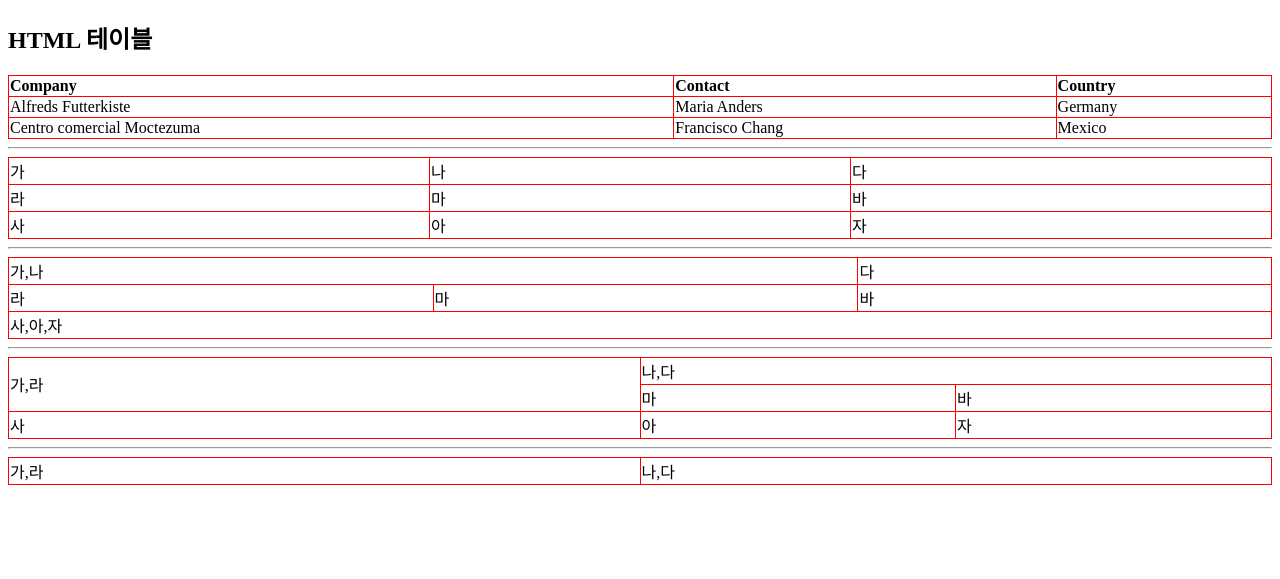
Repository: start-ha/MSA_EDU
Page: WEB/WebFront/WebLabs/Web/src/main/webapp/Ex06_Table.html
An editor plug-in stored every save of this project. The page is shown before and after the next save, followed by the edit.
The browser window is 1280 px wide. The pictures show the whole page.

Above is the page before, as saved 2025-09-16 07:02:59.

### WEB/WebFront/WebLabs/Web/src/main/webapp/Ex06_Table.html
<!DOCTYPE html>
<html>
<head>
<meta charset="UTF-8">
<title>Insert title here</title>
<style type="text/css">
	table{width: 100%; border-collapse: collapse;}
	th,td{
		border: 1px solid red;
		text-align: left;
		}
</style>
</head>
<body>
<h2>HTML 테이블</h2>

<table style="width:100%">
  <tr>
    <th>Company</th>
    <th>Contact</th>
    <th>Country</th>
  </tr>
  <tr>
    <td>Alfreds Futterkiste</td>
    <td>Maria Anders</td>
    <td>Germany</td>
  </tr>
  <tr>
    <td>Centro comercial Moctezuma</td>
    <td>Francisco Chang</td>
    <td>Mexico</td>
  </tr>
</table>
<hr>
<table>
	<tr><td>가</td><td>나</td><td>다</td></tr>
	<tr><td>라</td><td>마</td><td>바</td></tr>
	<tr><td>사</td><td>아</td><td>자</td></tr>
</table>
<hr>
<table>
	<tr><td colspan="2">가,나</td><td>다</td></tr> <!-- 컬럼 병합 colspan -->
	<tr><td>라</td><td>마</td><td>바</td></tr>
	<tr><td colspan="3">사,아,자</td></tr>
</table>
<hr>
<table>
	<tr><td rowspan="2">가,라</td><td colspan = "2">나,다</td></tr>
	<tr><td>마</td><td>바</td></tr>
	<tr><td>사</td><td>아</td><td>자</td></tr>
</table>
<hr>
<table>
	<tr><td rowspan="2" colspan="2">가,라</td><td colspan = "2">나,다</td></tr>
</table>


</body>
</html>

After the next save:
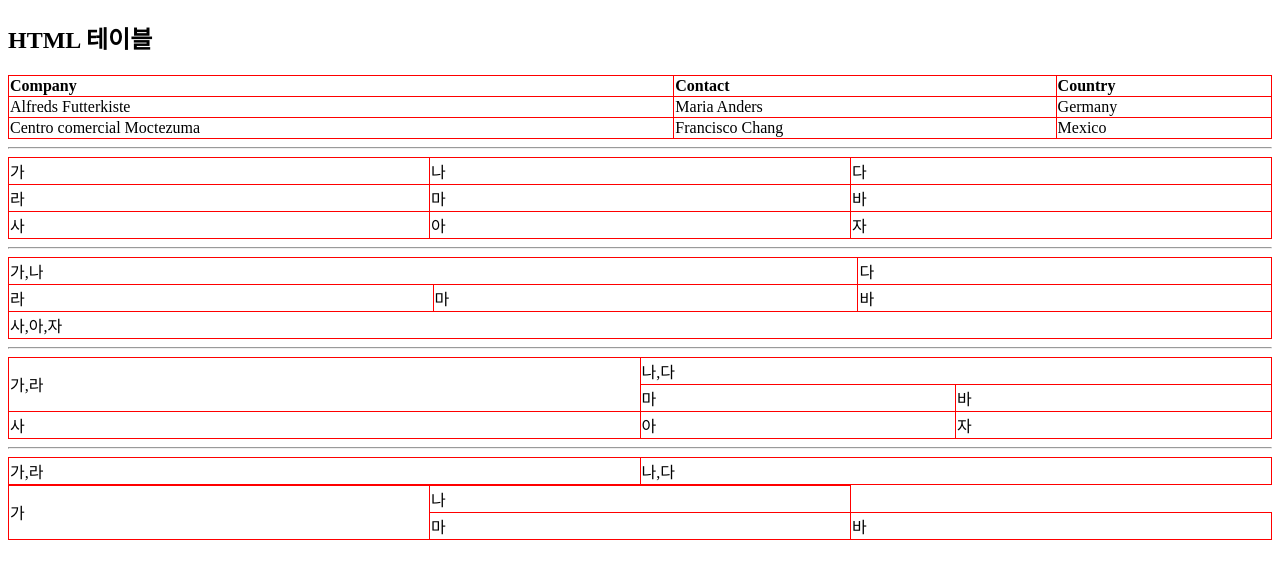
Saved 69 s later.
--- a/WEB/WebFront/WebLabs/Web/src/main/webapp/Ex06_Table.html
+++ b/WEB/WebFront/WebLabs/Web/src/main/webapp/Ex06_Table.html
@@ -54,6 +54,11 @@
 	<tr><td rowspan="2" colspan="2">가,라</td><td colspan = "2">나,다</td></tr>
 </table>
 
+<table>
+	<tr><td rowspan="2" colspan="2">가</td><td>나</td></tr>
+	<tr><td>마</td><td>바</td></tr>
+</table>
+
 
 </body>
 </html>
